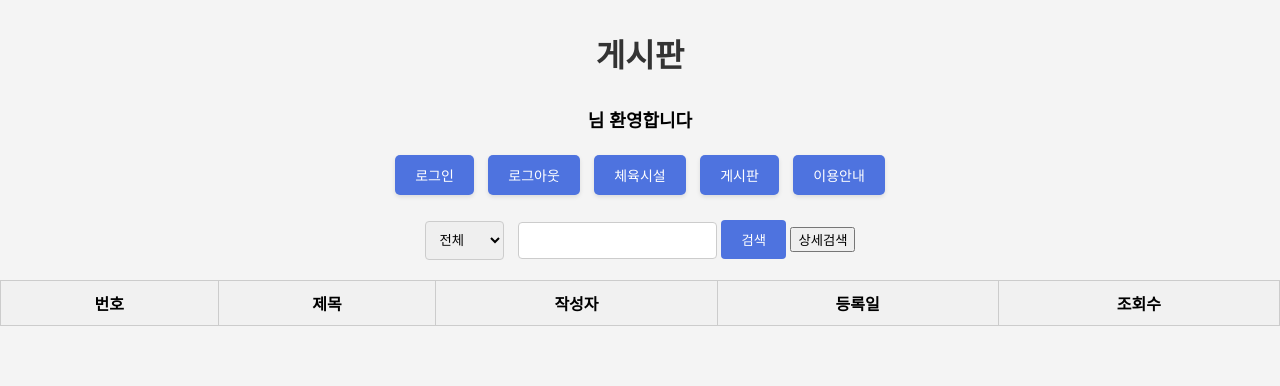
Repository: shinyunseok/portfolio1
Page: http://localhost/portfolio/WEB-INF/board/getBoard.jsp
These files come from the project's save history. The page is drawn as it stood at one moment and after the next save; the edit follows.
The browser window is 1280 px wide. The pictures show the whole page.
The page is served by Tomcat 10. Nobody is signed in. Other server files are loaded and not shown. The template is opened directly, without the code that normally fills it, so the values that code supplies are empty.

Above is the page before, as saved 2023-05-26 06:20:02.

### portfolio/src/main/webapp/WEB-INF/board/getBoard.jsp
<%@ page language="java" contentType="text/html; charset=UTF-8"
    pageEncoding="UTF-8"%>
<%@ taglib prefix="c" uri="http://java.sun.com/jsp/jstl/core" %>
<!DOCTYPE html>
<html>
<script>
function toggleAdvancedSearch() {
	var advancedSearchDiv = document.getElementById("advancedSearchDiv");
	advancedSearchDiv.style.display = (advancedSearchDiv.style.display === "none") ? "block" : "none";
}
</script>
<head>
<meta charset="UTF-8">
<style>
/* 전체 페이지 스타일 */
body {
    font-family: Arial, sans-serif;
    background-color: #f4f4f4;
    margin: 0;
    padding: 0;
}

/* 컨테이너 스타일 */
.container {
    max-width: 800px;
    margin: 0 auto;
    padding: 20px;
}

/* 제목 스타일 */
h1 {
    text-align: center;
    margin: 30px 0;
    color: #333;
}

/* 내비게이션 스타일 */
.navigation {
    margin-bottom: 20px;
    text-align: center;
}

.navigation h3 {
    margin-top: 0;
    font-size: 18px;
}

.navigation a {
    display: inline-block;
    margin: 5px;
    padding: 10px 20px;
    text-decoration: none;
    color: #fff;
    background-color: #4e73df;
    border-radius: 5px;
    transition: background-color 0.3s;
    font-size: 14px;
    border: none;
    cursor: pointer;
    box-shadow: 0 2px 4px rgba(0, 0, 0, 0.1);
}

.navigation a:hover {
    background-color: #3756a4;
}

/* 검색창 스타일 */
.search-form {
    display: flex;
    justify-content: center;
    margin-bottom: 20px;
}

.search-form select,
.search-form input[type="text"] {
    padding: 10px;
    border: 1px solid #ccc;
    border-radius: 4px;
}

.search-form select {
    margin-right: 10px;
}

.search-form button[type="submit"] {
    padding: 10px 20px;
    background-color: #4e73df;
    color: #fff;
    border: none;
    border-radius: 4px;
    cursor: pointer;
}

.search-form button[type="submit"]:hover {
    background-color: #3756a4;
}

/* 테이블 스타일 */
table {
    width: 100%;
    border-collapse: collapse;
}

th, td {
    padding: 10px;
    border: 1px solid #ccc;
}

th {
    background-color: #f1f1f1;
    text-align: center;
}

td {
    text-align: left;
}

/* selectEvent 스타일 */
.selectEvent {
    margin-bottom: 20px;
    text-align: center;
}

.selectEvent a {
    display: inline-block;
    margin: 5px;
    padding: 10px 20px;
    text-decoration: none;
    color: #333;
    border: 1px solid #ccc;
    border-radius: 5px;
    transition: background-color 0.3s;
    font-size: 14px;
    cursor: pointer;
}

.selectEvent a:hover {
    background-color: #f1f1f1;
}

/* selectBar 스타일 */
#selectBar {
    text-align: center;
    margin-bottom: 20px;
}

#selectBar select,
#selectBar input[type="text"] {
    padding: 10px;
    border: 1px solid #ccc;
    border-radius: 4px;
}

#selectBar select {
    margin-right: 10px;
}

#selectBar button[type="submit"] {
    padding: 10px 20px;
    background-color: #4e73df;
    color: #fff;
    border: none;
    border-radius: 4px;
    cursor: pointer;
}

#selectBar button[type="submit"]:hover {
    background-color: #3756a4;
}

#selectBar button[type="button"] {
    padding: 10px 20px;
    background-color: #4e73df;
    color: #fff;
    border: none;
    border-radius: 4px;
    cursor: pointer;
}

#selectBar button[type="button"]:hover {
    background-color: #3756a4;
}

/* advancedSearchDiv 스타일 */
#advancedSearchDiv {
    display: none;
    text-align: center;
    margin-bottom: 20px;
    padding-top: 20px;
    border-top: 1px solid #ccc;
}

#advancedSearchDiv label {
    display: block;
    margin-bottom: 10px;
}

#advancedSearchDiv input[type="radio"] {
    margin-right: 5px;
}

</style>




<title>게시판</title>
</head>
<body>
	<h1>게시판</h1>
	<div class="navigation">
    <h3>${user_name}님 환영합니다</h3>
    <c:if test="${empty user_id}">
        <a href="login.do">로그인</a>
    </c:if>
    <a href="logout.do">로그아웃</a>
    <!-- <a href="insertUser.do">회원가입</a> -->
    <a href="getSportList.do">체육시설</a>
    <a href="getBoardList.do">게시판</a>
    <a href="#">이용안내</a>
</div>

<div id="selectBar" style="text-align: center;">
	<select>
		<option>전체</option>
		<option>시설명</option>
		<option>지역</option>
	</select>
	<input type="text" required="검색어를 입력하세요"> <button type="submit">검색</button>
	<button onclick="toggleAdvancedSearch()">상세검색</button>
</div>
<div id="advancedSearchDiv" style="display: none;">
	지역 <input type="radio">장안구<input type="radio">권선구<input type="radio">팔달구<input type="radio">영통구 <br>
	이용날짜 <input type="date"> <br>
	접수상태 <input type="radio"> 예약가능 <input type="radio"> 예약중 <input type="radio"> 예약완료 <br>
	이용요금 <input type="radio"> 유료 <input type="radio"> 무료
</div>
	<table>
		<tr>
			<th>번호</th>
			<th>제목</th>
			<th>작성자</th>
			<th>등록일</th>
			<th>조회수</th>
		</tr>



		<c:forEach items="${boardList}" var="board">
		<tr>
			<td>${board.no }</td>
			<td>${board.title }</td>
			<td>${board.board_id } </td>
			<td>${board.regDate } </td>
			<td>${board.cnt } </td>
		</tr>
		</c:forEach>

	</table>

</body>
</html>

After the next save:
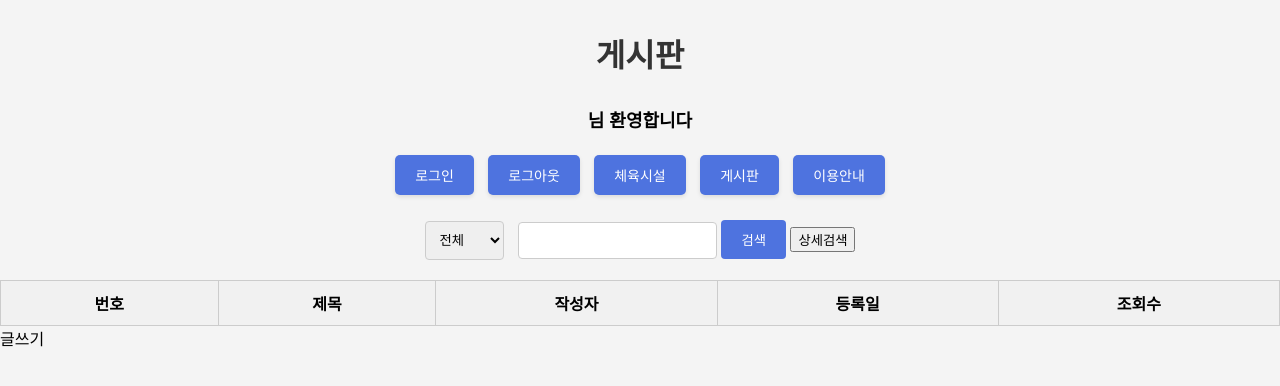
Saved 8 min 50 s later.
--- a/portfolio/src/main/webapp/WEB-INF/board/getBoard.jsp
+++ b/portfolio/src/main/webapp/WEB-INF/board/getBoard.jsp
@@ -258,5 +258,7 @@ td {
 
 	</table>
 
+	<a>글쓰기</a>
+
 </body>
 </html>
